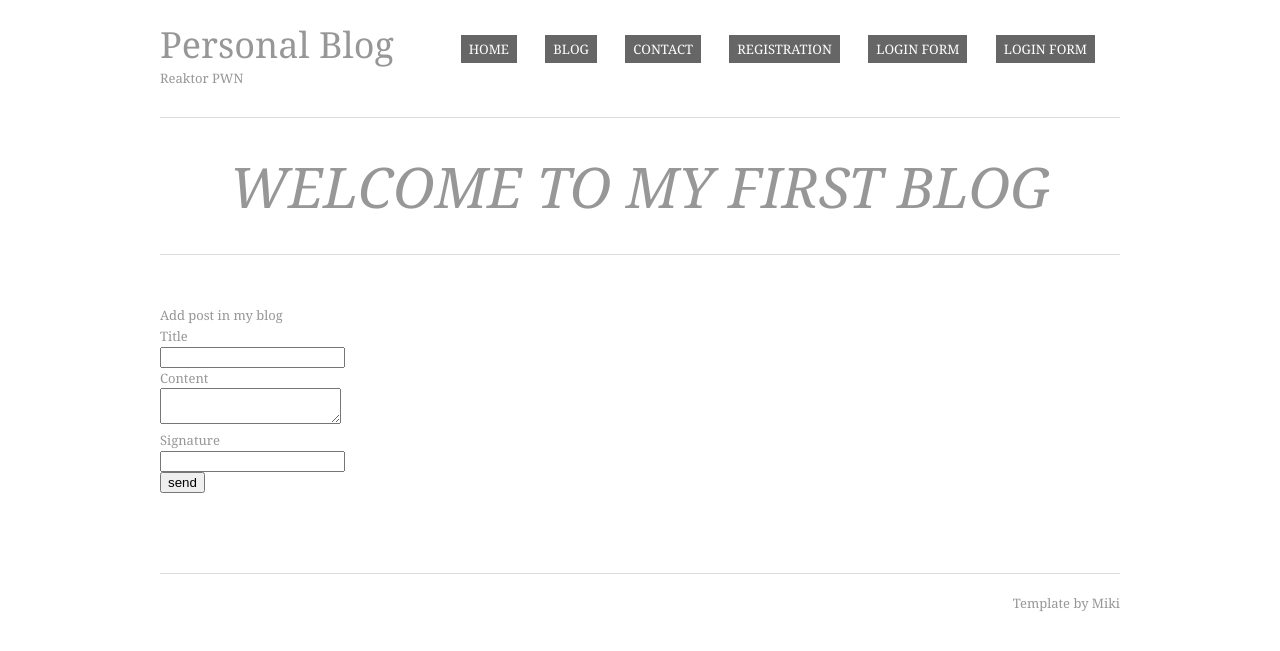
Repository: AnnaPolatynska/SpringCwiczenia
Page: http://localhost/blog
An editor plug-in stored every save of this project. The page is shown before and after the next save, followed by the edit.
The browser window is 1280 px wide. The pictures show the whole page.
The page is this project's Thymeleaf template; nobody is signed in. The template is opened directly, without the code that normally fills it, so the values that code supplies are empty.

Above is the page before, as saved 2017-08-30 12:49:29.

### D-MVC-JAR/src/main/resources/templates/blog.html
<!DOCTYPE html>
<html lang="en" dir="ltr" xmlns:th="http://www.thymeleaf.org">
<head>
<title>Basic 79</title>
<meta charset="iso-8859-1" />
<link rel="stylesheet" href="layout.css" type="text/css" />
</head>
<body>
<div class="wrapper row1">
  <header id="header" class="clear">
    <div id="hgroup">
      <h1><a href="#">Personal Blog</a></h1>
      <h2>Reaktor PWN</h2>
    </div>
    <nav>
      <ul>
        <li><a href="/">Home</a></li>
        <li><a href="#">blog</a></li>
        <li><a href="/contact">Contact</a></li>
        <li><a href="/registerForm">Registration</a></li>
         <li><a href="/loginForm">Login form</a></li>
         <li><a href="/loginForm">login form</a></li>
      </ul>
    </nav>
  </header>
</div>
<!-- content -->
<div class="wrapper row2">
  <div id="container" class="clear">
    <!-- content body -->
    <section id="shout">
      <h1>Welcome to my first Blog</h1>
    </section>
    <!-- main content -->
    <section id="services" class="clear">
      <!-- article 1 -->
      <article>
		<p> Add post in my blog </p>
		<form th:action="@{/add}" method="post">
			<p> Title </p>
			<input type="text" th:field="${post.title}"/> <br/>
			<p> Content </p>
			<textarea th:field="${post.content}"></textarea> <br/>
			<p> Signature </p>
			<input type="text" th:field="${post.sign}"/> <br/>
			<input type="submit" value="send"/>
		</form>
      </article>
    </section>
    <!-- / content body -->
  </div>
</div>
<!-- footer -->
<div class="wrapper row3">
  <footer id="footer" class="clear">
    <p class="fl_right">Template by Miki</p>
  </footer>
</div>
</body>
</html>

### D-MVC-JAR/src/main/resources/static/layout.css
html{overflow-y:scroll;} /* Forces a scrollbar when the viewport is larger than the websites content - CSS3 */

body{margin:0; padding:0; font-size:13px; font-family:Georgia, "Times New Roman", Times, serif; color:#979797; background-color:#FFFFFF;}

.clear:after{content:"."; display:block; height:0; clear:both; visibility:hidden; line-height:0;}
.clear{display:block; clear:both;}
html[xmlns] .clear{display:block;}
* html .clear{height:1%;}

a{outline:none; text-decoration:none;}

code{font-weight:normal; font-style:normal; font-family:Georgia, "Times New Roman", Times, serif;}

.fl_left{float:left;}
.fl_right{float:right;}

img{margin:0; padding:0; border:none; line-height:normal; vertical-align:middle;}
.imgholder, .imgl, .imgr{padding:4px; border:1px solid #D6D6D6; text-align:center;}
.imgl{float:left; margin:0 15px 15px 0; clear:left;}
.imgr{float:right; margin:0 0 15px 15px; clear:right;}

/*----------------------------------------------HTML 5 Overrides-------------------------------------*/

address, article, aside, figcaption, figure, footer, header, nav, section{display:block; margin:0; padding:0;}

q{display:block; padding:0 10px 8px 10px; color:#979797; background-color:#ECECEC; font-style:italic; line-height:normal;}
q:before{content:'� '; font-size:26px;}
q:after{content:' �'; font-size:26px; line-height:0;}

/* ----------------------------------------------Wrapper-------------------------------------*/

div.wrapper{display:block; width:960px; margin:0 auto; padding:0; text-align:left;}

.row1, .row1 a{color:#979797; background-color:#FFFFFF;}
.row2{color:#979797; background-color:#FFFFFF;}
.row2 a{color:#FF9900; background-color:#FFFFFF;}
.row3{border-top:1px solid #DEDEDE;}
.row3, .row3 a{color:#979797; background-color:#FFFFFF;}

/*----------------------------------------------Generalise-------------------------------------*/

#header, #container, #footer{display:block; width:960px;}

nav ul{margin:0; padding:0; list-style:none;}

h1, h2, h3, h4, h5, h6{margin:0; padding:0; font-size:16px; font-weight:bold; font-style:normal; line-height:normal; text-transform:uppercase;}

address{font-style:normal;}

blockquote, q{display:block; padding:8px 10px; color:#979797; background-color:#ECECEC; font-style:italic; line-height:normal;}
blockquote:before, q:before{content:'� '; font-size:26px;}
blockquote:after, q:after{content:' �'; font-size:26px; line-height:0;}

.one_third, .two_third, .three_third{display:block; float:left; margin:0 30px 0 0;}
.one_third{width:300px;}
.two_third{width:630px;}
.three_third{width:960px; float:none; margin-right:0; clear:both;}
.lastbox{margin-right:0;}

/*----------------------------------------------Header-------------------------------------*/

#header{}

#header #hgroup{padding:20px 0 0 0; float:left;}
#header #hgroup h1, #header #hgroup h2{font-weight:normal; text-transform:none;}
#header #hgroup h1{font-size:36px;}
#header #hgroup h2{font-size:13px;}

#header nav{display:block; float:right; margin:20px 0 0 0; padding:20px 0;}
#header nav ul{}
#header nav li{display:inline; margin-right:25px; text-transform:uppercase;}
#header nav li.last{margin-right:0;}
#header nav li a{padding:5px 8px; color:#FFFFFF; background-color:#666666;}
#header nav li a:hover{color:#FF9900; background-color:#FFFFFF;}

/*----------------------------------------------Content Area-------------------------------------*/

#container{padding:30px 0;}
#container section{display:block; width:100%; margin:0 0 30px 0; padding:0;}
#container .last{margin:0;}
#container .more{text-align:right;}

/* ------Shout-----*/

#container #shout{margin-bottom:50px; padding:30px 0; border-top:1px solid #DEDEDE; border-bottom:1px solid #DEDEDE;}
#container #shout h1{font-size:56px; font-weight:normal; font-style:italic; text-transform:uppercase; text-align:center;}
#container #shout p{font-size:16px; margin-bottom:0; padding-bottom:0; line-height:1.8em;}

/* ------services-----*/

#container #services{margin-bottom:50px; line-height:1.6em;}
#container #services article{}
#container #services article h2{font-size:14px; margin-bottom:15px;}
#container #services article p{margin:0; padding:0;}
#container #services article img{float:left; width:80px; height:80px; margin:0 10px 10px 0; padding:4px; border:1px solid #DEDEDE;}
#container #services article footer{margin:10px 0 0 0;}

/*----------------------------------------------Footer-------------------------------------*/

#footer{padding:20px 0;}
#footer p{margin:0; padding:0;}

After the next save:
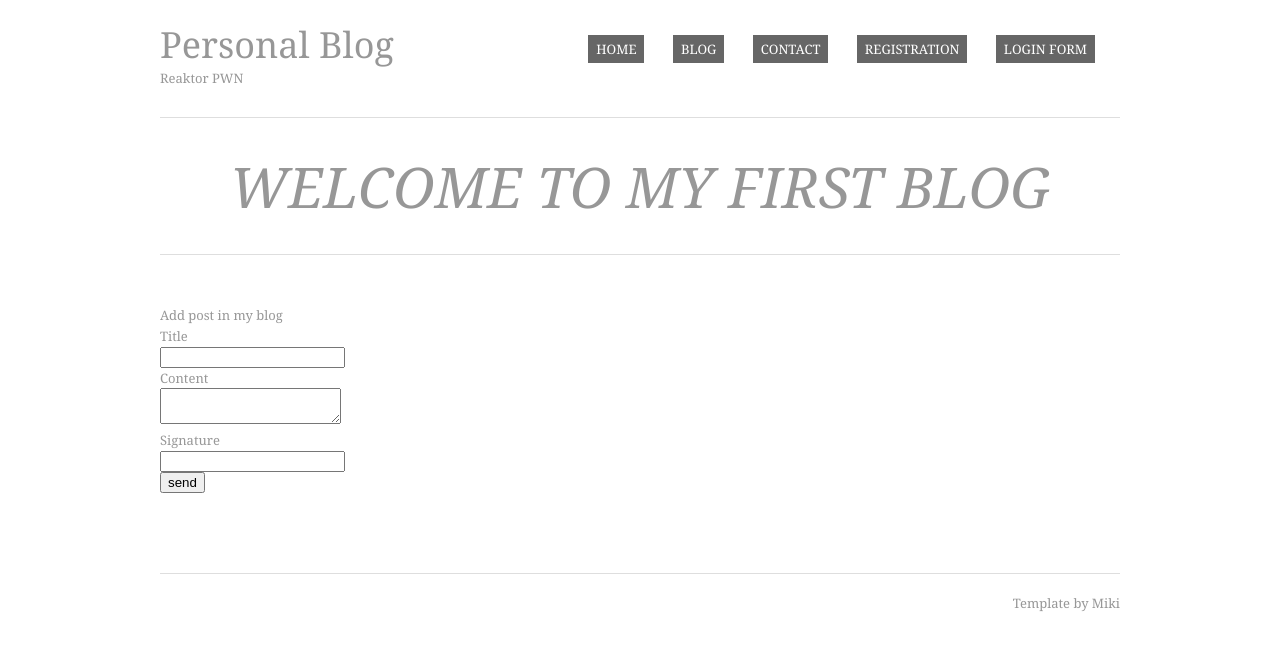
Saved 2 s later.
--- a/D-MVC-JAR/src/main/resources/templates/blog.html
+++ b/D-MVC-JAR/src/main/resources/templates/blog.html
@@ -19,7 +19,7 @@
         <li><a href="/contact">Contact</a></li>
         <li><a href="/registerForm">Registration</a></li>
          <li><a href="/loginForm">Login form</a></li>
-         <li><a href="/loginForm">login form</a></li>
+
       </ul>
     </nav>
   </header>
